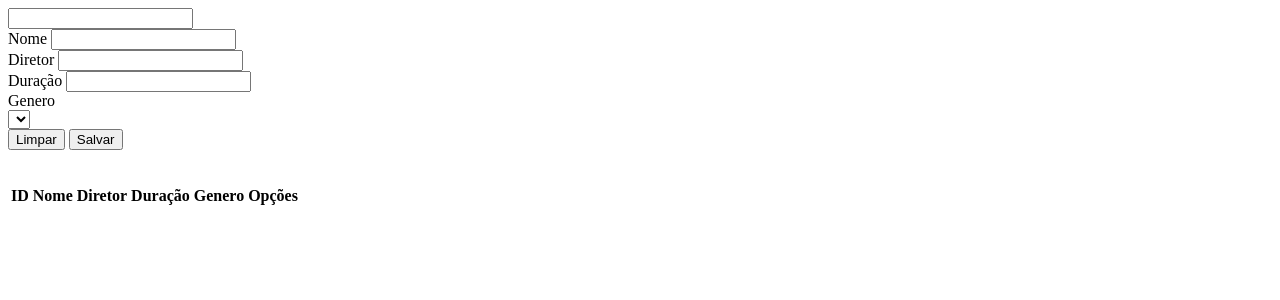
Repository: heloisakrajewski/projeto-leo
Page: Projeto/pyrafilms/WebContent/filme.html
These files come from the project's save history. The page is drawn as it stood at one moment and after the next save; the edit follows.
The browser window is 1280 px wide. The pictures show the whole page.

Above is the page before, as saved 2016-11-26 19:45:28.
Console error: ReferenceError: jQuery is not defined

### Projeto/pyrafilms/WebContent/filme.html
<meta charset="utf-8">
    <meta http-equiv="X-UA-Compatible" content="IE=edge">
    <meta name="viewport" content="width=device-width, initial-scale=1">
    <meta name="description" content="">
    <meta name="author" content="">
<!-- <div class="panel panel-primary">
	<div class="panel-body">

		<form id="criarFilmeForm">
			<div class="form-group">
				<label hidden>Id</label>
				<input type="text" class="form-control hidden" name="id" />
				<div class="col-lg-6">
					<label>Nome</label>
					<input type="text" class="form-control" name="nome" />
				</div>
				<div class="col-lg-6">
					<label>Diretor</label>
					<input type="text" class="form-control" name="diretor" />
				</div>
				<div class="col-lg-6">
					<label>Duração</label>
					<input type="text" class="form-control" name="duracao"></input>
				</div>
				<div class="col-lg-6">
					<label>Genero</label><br>
					<select id="comboGeneros" name="genero_id"></select>
				 </div>
				<div class="col-lg-12">
					<div class="btn-block btn-group">
					<input type="reset" class="btn btn-default" value="Limpar" />
					<input type="button" class="btn btn-primary" value="Salvar"
						onclick="adicionarFilme();" />
					</div>
				</div>
				<br />

			</div>
		</form>
	</div>
	<div class="panel panel-default">
		<div class="panel-heading">Listagem de Filmes</div>
		<table id="grid-filmes" class="table">
			<thead>
				<tr>
					<th class="text-center">ID</th>
					<th class="text-center">Nome</th>
					<th class="text-center">Diretor</th>
					<th class="text-center">Duração</th>
					<th class="text-center">Genero</th>
					<th class="text-center">Opções</th>
				</tr>
			</thead>
			<tr>

			</tr>
		</table>
	</div>
</div>
-->
<form id="criarFilmeForm">
	<div class="form-group">
		<div class="row">
			<input type="text" class="form-control hidden" name="id" />

			<div class="col-lg-6">
				<label>Nome</label>
				<input type="text" class="form-control" name="nome" />
			</div>
			<div class="col-lg-6">
				<label>Diretor</label>
				<input type="text" class="form-control" name="diretor" />
			</div>
		</div>
	</div>
	<div class="form-group">
		<div class="row">
			<div class="col-lg-6">
				<label>Duração</label>
				<input type="text" class="form-control" name="duracao"></input>
			</div>
			<div class="col-lg-6">
				<label>Genero</label><br>
				<select id="comboGeneros" name="genero_id"></select>
			 </div>
		</div>
	</div>
	<div class="form-group text-center">
		<div class="row">
			<div class="col-lg-12">
				<div class="btn-block btn-group">
				<input type="reset" class="btn btn-default" value="Limpar" />
				<input type="button" class="btn btn-primary" value="Salvar"
					onclick="adicionarFilme();" />
				</div>
			</div>
		</div>
	</div>
</form>

<div class="form-group">
	<div class="col-lg-12">
<br>
		<table id="grid-filmes" class="table">
			<thead>
				<tr>
					<th class="text-center">ID</th>
					<th>Nome</th>
					<th>Diretor</th>
					<th>Duração</th>
					<th>Genero</th>
					<th class="text-center">Opções</th>
				</tr>
			</thead>
			<tr>

			</tr>
		</table>
	</div>
</div>




	<!-- <div id="images" class="panel" style="float: left;"></div> -->

	<script src="js/json.js" type="text/javascript"></script>
	<script src="js/bootstrap.min.js"></script>
	<!-- <script src="js/custom.js" type="text/javascript"></script> -->
	<script type="text/javascript">

	var host = "http://localhost:8080/pyrafilms/services/";

	$(document).ready(function() {
		listarFilmes();
		listarGeneros();
	});


	function listarGeneros() {
		$.ajax({
			url : host + 'generos/',
			type : 'GET',
			 headers: {
                 Accept : 'application/json'
  			},
			success : function(data) {
				renderizarGenerosCombo(data);

			},
			error: function(data) {
				alert("Erro ao buscar generos de filmes");
			}
		});
	};

	function renderizarGenerosCombo(data) {
		var str = "";

		/*

		if( $(this).val() ) {
			$('#cod_cidades').hide();
			$('.carregando').show();
			$.getJSON('cidades.ajax.php?search=',{cod_estados: $(this).val(), ajax: 'true'}, function(j){
				var options = '<option value=""></option>';
				for (var i = 0; i < j.length; i++) {
					options += '<option value="' + j[i].cod_cidades + '">' + j[i].nome + '</option>';
				}
				$('#cod_cidades').html(options).show();
				$('.carregando').hide();
			});
		} else {
			$('#cod_cidades').html('<option value="">-- Escolha um estado --</option>');
		}



		*/

		var str = '<option value="-1">Selecione</option>';
		$.each(data.generoes.genero, function(i, genero) {
			str += '<option value="' + genero.id + '">' + genero.descricao + '</option>';
		});
		$('#comboGeneros').html(str).show();

		//$("#grid-filmes tbody").append(str);
	}

	function listarFilmes() {
		$.ajax({
			url : host + 'filmes/',
			type : 'GET',
			 headers: {
                 Accept : 'application/json'
  			},
			success : function(data) {
				renderizarFilmes(data);

			},
			error: function(data) {
				alert("Erro na invocaÃ§Ã£o");
			}
		});
	};

	function renderizarFilmes(data) {
		var str = "";

		$.each(data.filmes.filme, function(i, filme) {
			str += '<tr>';
			str += '<td class="text-center">' + filme.id + '</td>';
			str += '<td>' + filme.nome + '</td>';
			str += '<td>' + filme.diretor + '</td>';
			str += '<td>' + filme.duracao + '</td>';
			str += '<td>' + filme.genero + '</td>';
			str += '<td class="text-center">';
			str += '<button class="btn btn-primary" onclick="carregaFilme(' + filme.id + ');">Editar</button>';
			str += '&nbsp;<button class="btn btn-danger" name="excluirUsuari" onclick="excluirFilme('+ filme.id +')">Excluir</button>';
			str += '</td>';
			str += '</tr>';
		});

		$("#grid-filmes tbody").append(str);

	}

	function excluirFilme(id) {
		$.ajax({
				url : host + 'filmes/' + id,
				type : 'DELETE',
				success : function(data) {
					$("#grid-filmes tbody").remove(id);
				},
				error : function(data) {
					console.log(data);
					alert("Ocorreu um erro: " + data.status + " "
							+ data.statusText);
				}
			});

	};

	function adicionarFilme() {
		var data = $("#criarFilmeForm").serializeJSON();

		if(data.id){
			atualizaFilme(data);
  		}else {
  			criaFilme(data);
  	  	}
	}

	function atualizaFilme(data) {
		id = data.id;
			data = "{\"filme\":" + JSON.stringify(data) + "}";
			$.ajax({
			   url : host + 'filmes',
			   type : 'PUT',
			   contentType : 'application/json',
			   data : data,
			   success : function(data) {
				  //alert("Incluído com sucesso!");
				  //$("#criarFilmeForm")[0].reset();
				  listarFilmes();
			   },
			   error : function(data) {
					console.log(data);
					alert("Ocorreu um erro: " + data.status + " "+ data.statusText);

			   }
			 });
		}

	function carregaFilme(id) {
		$.ajax({
			url : host + 'filmes/' + id,
			type : 'GET',
			success : function(data) {
				var frm =  $("#criarFilmeForm");
				 $.each(data.filme, function(key, value){
					    $('[name='+key+']', frm).val(value);
				});
			},
			error : function(data) {
				console.log(data);
				alert("Ocorreu um erro: " + data.status + " "
						+ data.statusText);
			}
		});

	}


	function criaFilme(data){
		data = "{\"filme\":" + JSON.stringify(data) + "}";
		$.ajax({
		   url : host + 'filmes',
		   type : 'POST',
		   contentType : 'application/json',
		   data : data,
		   success : function(data) {
			  alert("Incluído com sucesso!");
			  $("#criarFilmeForm")[0].reset();
			  listarFilmes();
		   },
		   error : function(data) {

				console.log(data);
				alert("Ocorreu um erro: " + data.status + " "
						+ data.statusText);
		   }
		 });
	}
	</script>
</body>
</html>

### Projeto/pyrafilms/WebContent/js/json.js
/*!
  SerializeJSON jQuery plugin.
  https://github.com/marioizquierdo/jquery.serializeJSON
  version 1.0.1 (Aug 20, 2012)

  Copyright (c) 2012 Mario Izquierdo
  Dual licensed under the MIT (http://www.opensource.org/licenses/mit-license.php)
  and GPL (http://www.opensource.org/licenses/gpl-license.php) licenses.
*/
(function ($) {
  "use strict";

  $.fn.serializeJSON = function () {
    var obj, formAsArray;
    obj = {};
    formAsArray = this.serializeArray();

    $.each(formAsArray, function (i, input) {
      var name, value, keys;
      name = input.name;
      value = input.value;

      // Split the input name in programatically readable keys
      // name = "foo"              => keys = ['foo']
      // name = "[foo]"            => keys = ['foo']
      // name = "foo[inn][bar]"    => keys = ['foo', 'inn', 'bar']
      // name = "foo[inn][arr][0]" => keys = ['foo', 'inn', 'arr', '0']
      // name = "arr[][val]"       => keys = ['arr', '', 'val']
      keys = $.map(name.split('['), function (key) {
        var last;
        last = key[key.length - 1];
        return last === ']' ? key.substring(0, key.length - 1) : key;
      });
      if (keys[0] === '') { keys.shift(); } // "[foo][inn]" should be same as "foo[inn]"

      // Set value in the object using the keys
      $.deepSet(obj, keys, value);
    });
    return obj;
  };

  // Auxiliar function to check if a variable is an Object
  var isObject = function (obj) {
    return obj === Object(obj);
  };

  /**
  Access the object in a deep key and assigns the value:

  // Examples:
  deepSet(obj, ['foo'], v)                //=> obj['foo'] = v
  deepSet(obj, ['foo', 'inn'], v)         //=> obj['foo']['inn'] = v // Create the inner obj['foo'] object, if needed
  deepSet(obj, ['foo', 'inn', 'inn'], v)  //=> obj['foo']['inn']['inn'] = v
  deepSet(obj, ['0'], v)                  //=> obj[0] = v // obj may be an Array
  deepSet(obj, [''], v)                   //=> obj.push(v) // assume obj as array, and add a new value to the end
  deepSet(obj, ['arr', '0'], v)           //=> obj['arr']['0'] = v // obj['arr'] is created as Array if needed
  deepSet(obj, ['arr', ''], v)            //=> obj['arr'].push(v)
  deepSet(obj, ['foo', 'arr', '0'], v)    //=> obj['foo']['arr'][0] = v // obj['foo'] is created as object and obj['foo']['arr'] as a Array, if needed
  deepSet(obj, ['arr', '0', 'foo'], v)    //=> obj['arr']['0']['foo'] = v // obj['foo'] is created as object and obj['foo']['arr'] as a Array and obj['foo']['arr'][0] as object, if needed

  // Complex example with array empty index,
  // it creates a new element, unless there is a nested non repeated key, so it assigns to the last element object:
  var arr = []
  deepSet(arr, [''], v)                   //=> arr === [v]
  deepSet(arr, ['', 'foo'], v)            //=> arr === [v, {foo: v}]
  deepSet(arr, ['', 'bar'], v)            //=> arr === [v, {foo: v, bar: v}]
  deepSet(arr, ['', 'bar'], v)            //=> arr === [v, {foo: v, bar: v}, {bar: v}]
  */
  $.deepSet = function (obj, keys, value) {
    if (!keys || keys.length === 0) { throw new Error("ArgumentError: keys param expected to be an array with least one key"); }
    var key, next, tail, defaultIfNotDefined, lastKey, lastElement;
    key = keys[0];
    next = keys[1];
    if (next !== undefined && next !== null) {
      tail = keys.slice(1);
      if (key === '') { // Empty key with => merge keys in the object element
        lastKey = obj.length - 1;
        lastElement = obj[obj.length - 1];
        if (isObject(lastElement) && !lastElement[next]) { // if next key is a new attribute in the last object element then set the new value in there
          key = lastKey;
        } else { // if the array does not have an object as last element, create one
          obj.push({});
          key = lastKey + 1;
        }
      }
      if (obj[key] === undefined) { // obj[key] ||= defaultIfNotDefined
        defaultIfNotDefined = (next === '' || !isNaN(parseInt(next, 10))) ? [] : {}; // Array or Object depending on next key
        obj[key] = defaultIfNotDefined;
      }
      $.deepSet(obj[key], tail, value); // Recursive access the inner Object
    } else {
      if (key === '') {
        obj.push(value);
      } else {
        obj[key] = value;
      }
    }
  };

}(jQuery));

Loaded but not shown: Projeto/pyrafilms/WebContent/js/bootstrap.min.js (library)

After the next save:
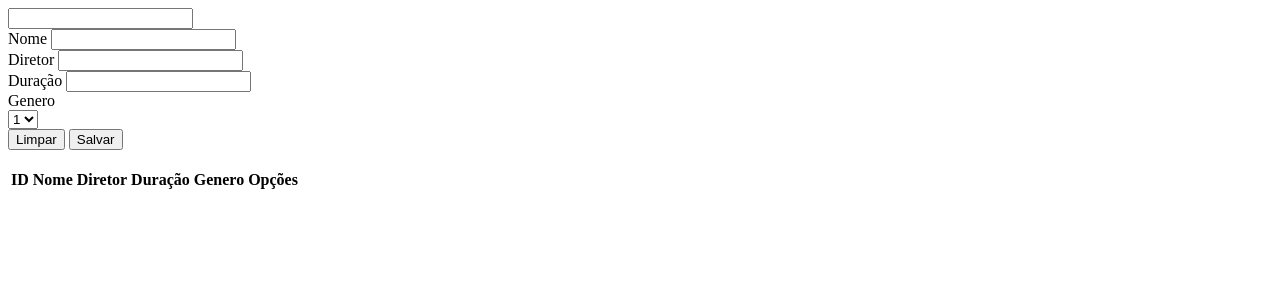
Saved 3 min 39 s later.
--- a/Projeto/pyrafilms/WebContent/filme.html
+++ b/Projeto/pyrafilms/WebContent/filme.html
@@ -81,9 +81,13 @@
 			</div>
 			<div class="col-lg-6">
 				<label>Genero</label><br>
-				<select id="comboGeneros" name="genero_id"></select>
-			 </div>
-		</div>
+				<select class="form-control" id="exampleSelect1">
+      <option>1</option>
+      <option>2</option>
+      <option>3</option>
+      <option>4</option>
+      <option>5</option>
+    </select>
 	</div>
 	<div class="form-group text-center">
 		<div class="row">

After the save that followed:
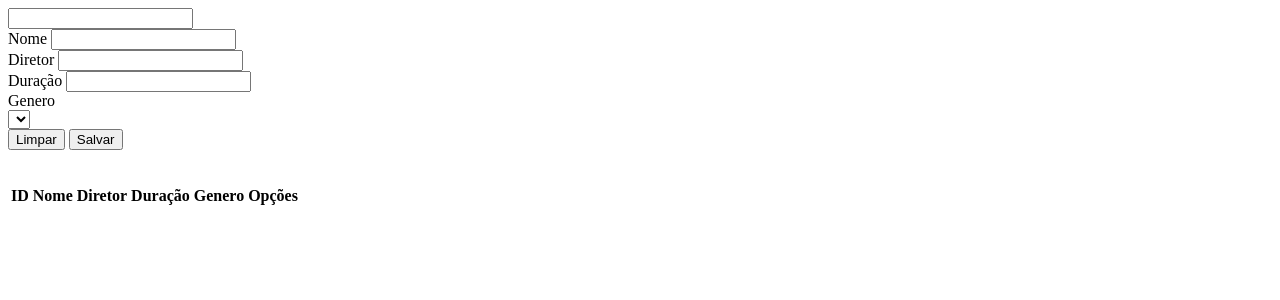
Saved 82 s later.
--- a/Projeto/pyrafilms/WebContent/filme.html
+++ b/Projeto/pyrafilms/WebContent/filme.html
@@ -81,13 +81,9 @@
 			</div>
 			<div class="col-lg-6">
 				<label>Genero</label><br>
-				<select class="form-control" id="exampleSelect1">
-      <option>1</option>
-      <option>2</option>
-      <option>3</option>
-      <option>4</option>
-      <option>5</option>
-    </select>
+				<select class="form-control" id="comboGeneros" name="genero_id"></select>
+			 </div>
+		</div>
 	</div>
 	<div class="form-group text-center">
 		<div class="row">
